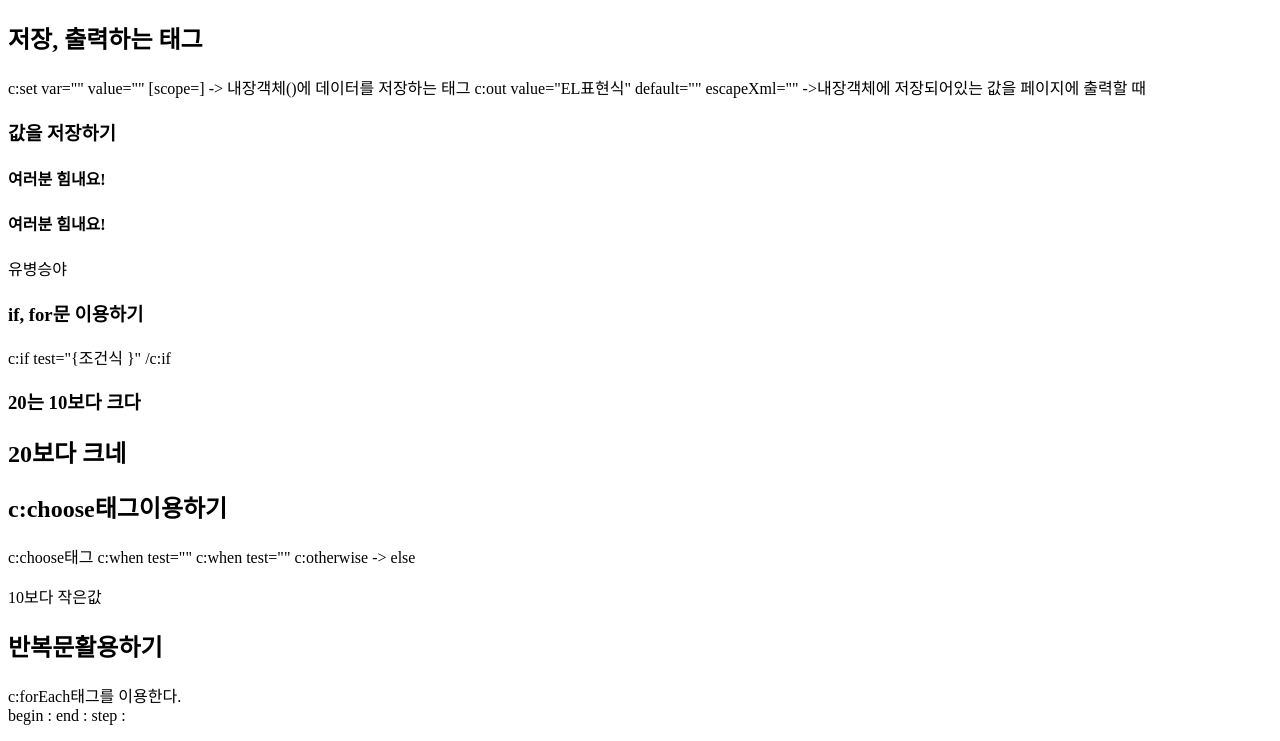
Repository: simjiho/week
Page: http://localhost/el_jstl/views/jstl/02_controltag.jsp
The author's editor kept a copy of each file at every save. The page is drawn from the files as they stood at one save, then again after the next save.
The browser window is 1280 px wide. The pictures show the whole page.
The page is served by Tomcat 9.

Above is the page before, as saved 2024-04-20 06:39:19.

After the next save:
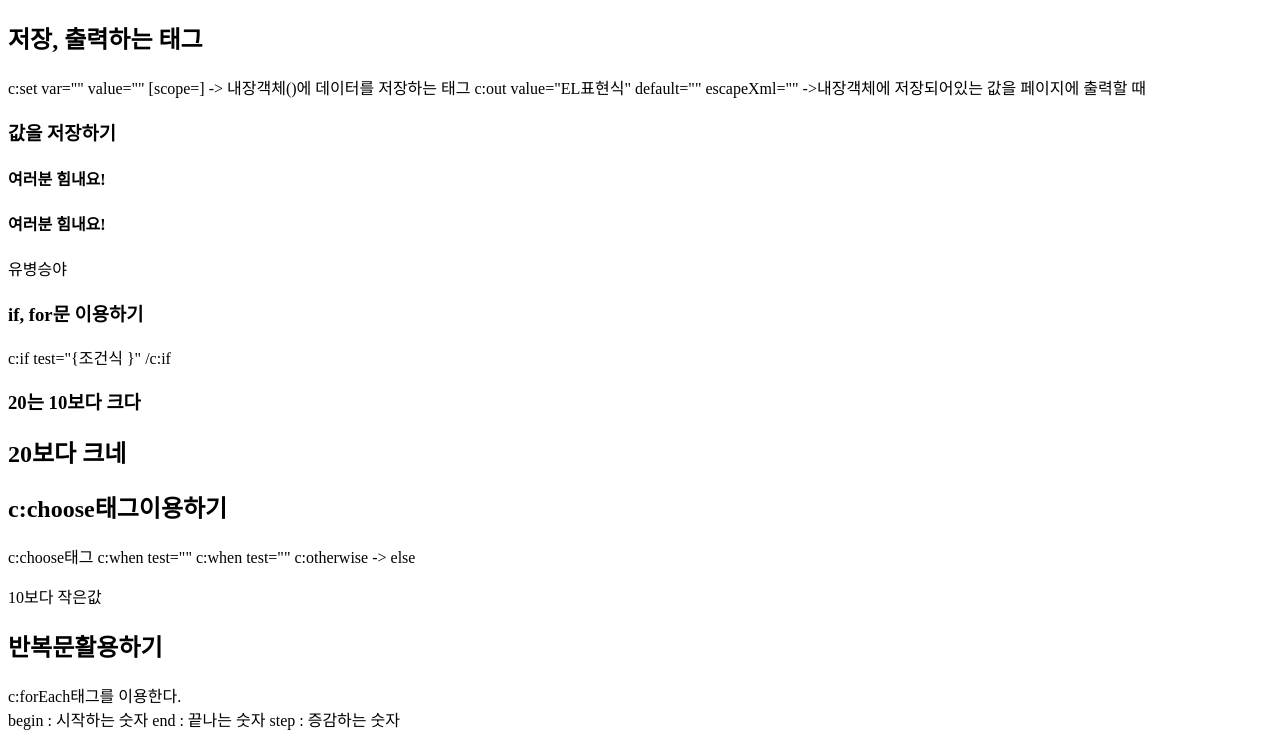
Saved 101 s later.
--- a/workspace/el_jstl/src/main/webapp/views/jstl/02_controltag.jsp
+++ b/workspace/el_jstl/src/main/webapp/views/jstl/02_controltag.jsp
@@ -71,9 +71,9 @@
 	<h2>반복문활용하기</h2>
 	<p>
 		c:forEach태그를 이용한다. <br>
-		begin :
-		end :
-		step :
+		begin : 시작하는 숫자
+		end : 끝나는 숫자
+		step : 증감하는 숫자
 	</p>
 
 </body>
